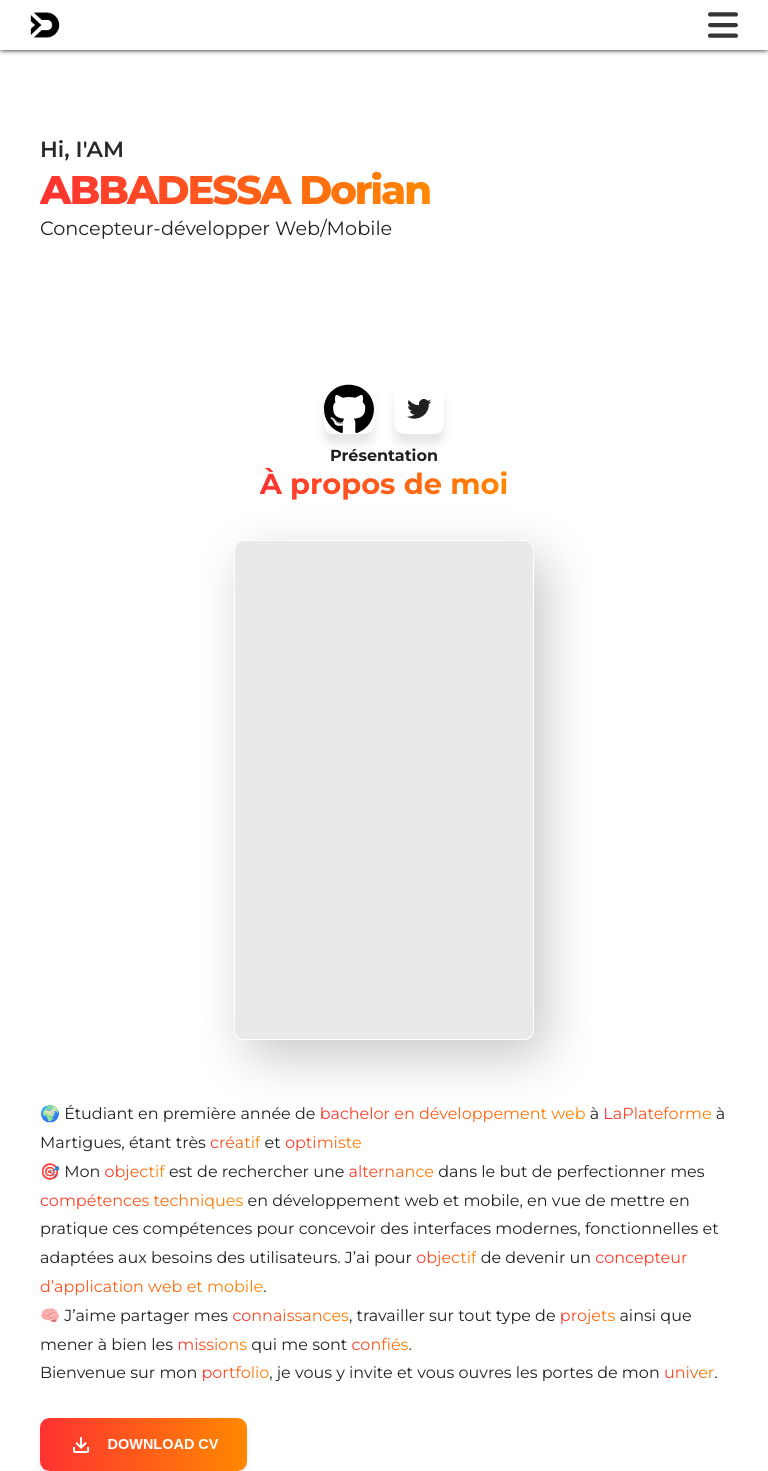
Repository: DorianABDS/Portfolio-ABBADESSA-Dorian
Page: index.html
The author's editor kept a copy of each file at every save. The page is drawn from the files as they stood at one save, then again after the next save.
The browser window is 768 px wide. The pictures show the whole page.

Above is the page before, as saved 2024-11-27 21:49:59.

### index.html
<!DOCTYPE html>
<html lang="fr">
<head>
    <meta charset="UTF-8">
    <meta name="viewport" content="width=device-width, initial-scale=1.0">
    <meta charset="UTF-8">
    <meta name="viewport" content="width=device-width, initial-scale=1.0">
    <meta name="keywords" content="Portfolio, ABBADESSA Dorian, Web developper">
    <title>ABBADESSA Dorian - Portfolio</title>
    <link rel="shortcute icon" href="/src/img/Logo Div.png">
    <link rel="stylesheet" href="style.css">
</head>
<body>
    <header class="header">
        <nav class="navbar">
            <a href="index.html" class="logo"><img src="/src/img/Logo plat Div noir.png" alt=""></a>
            <div class="nav-links">
                <ul>
                    <li><a href="index.html">Accueil</a></li>
                    <li><a href="articles.html">Articles</a></li>
                    <li><a href="apropos.html">À propos</a></li>
                    <li><a href="contact.html">Contact</a></li>
                </ul>
            </div>
            <img src="/src/img/bars-solid.svg" alt="menu hamburger" class="menu-hamburger">
        </nav>
        <!-- <div class="social">
            <a href="#" title="Facebook"><img src="/src/img/icone Github.png" alt=""></a>
            <a href="#" title="Twitter"><img src="src/img/icone Linkedin.png" alt=""></a>
        </div> -->
    </header>
    <main>
        <section class="accueil">
            <div class="container-accueil">
                <h2>Hi, I'AM</h2>
                <h1><span>ABBADESSA Dorian</span></h1>
                <p>Concepteur-développer Web/Mobile</p>
                <div class="social">
                    <ul class="wrapper">
                        <li class="icon facebook">
                          <span class="tooltip">Facebook</span>
                          <img src="/src/img/github-brands-solid.svg" alt="">
                        </li>
                        <li class="icon twitter">
                          <span class="tooltip">Twitter</span>
                          <svg
                            height="1.8em"
                            fill="currentColor"
                            viewBox="0 0 48 48"
                            xmlns="http://www.w3.org/2000/svg"
                            class="twitter"
                          >
                            <path
                              d="M42,12.429c-1.323,0.586-2.746,0.977-4.247,1.162c1.526-0.906,2.7-2.351,3.251-4.058c-1.428,0.837-3.01,1.452-4.693,1.776C34.967,9.884,33.05,9,30.926,9c-4.08,0-7.387,3.278-7.387,7.32c0,0.572,0.067,1.129,0.193,1.67c-6.138-0.308-11.582-3.226-15.224-7.654c-0.64,1.082-1,2.349-1,3.686c0,2.541,1.301,4.778,3.285,6.096c-1.211-0.037-2.351-0.374-3.349-0.914c0,0.022,0,0.055,0,0.086c0,3.551,2.547,6.508,5.923,7.181c-0.617,0.169-1.269,0.263-1.941,0.263c-0.477,0-0.942-0.054-1.392-0.135c0.94,2.902,3.667,5.023,6.898,5.086c-2.528,1.96-5.712,3.134-9.174,3.134c-0.598,0-1.183-0.034-1.761-0.104C9.268,36.786,13.152,38,17.321,38c13.585,0,21.017-11.156,21.017-20.834c0-0.317-0.01-0.633-0.025-0.945C39.763,15.197,41.013,13.905,42,12.429"
                            ></path>
                          </svg>
                        </li>
                      </ul>
                </div>
        </section>
        <section class="about-me">
            <div class="container-about-me">
                <h2>Présentation</h2>
                <h1><span>À propos de moi</span></h1>
            </div>
            <div class="card-about-me"></div>
            <div class="texte-about-me"><p>🌍 Étudiant en première année de <span>bachelor en développement web</span> à <span>LaPlateforme</span> à Martigues, étant très <span>créatif</span> et <span>optimiste</span>
              <br>
              🎯 Mon <span>objectif</span> est de rechercher une <span>alternance</span> dans le but de perfectionner mes <span>compétences techniques</span> en développement web et mobile, en vue de mettre en pratique ces compétences pour  concevoir des interfaces modernes, fonctionnelles et adaptées aux besoins des utilisateurs. J’ai pour <span>objectif</span> de devenir un <span>concepteur d’application web et mobile</span>.
              <br>
              🧠 J’aime partager mes <span>connaissances</span>, travailler sur tout type de <span>projets</span> ainsi que mener à bien les <span>missions</span> qui me sont <span>confiés</span>.
              <br>
              Bienvenue sur mon <span>portfolio</span>, je vous y invite et vous ouvres les portes de mon <span>univer</span>.
              </p></div>
        </section>
        <button class="button-cv">
            <svg
                width="24"
                height="24"
                viewBox="0 0 24 24"
                fill="none"
                xmlns="http://www.w3.org/2000/svg"
                >
                <path
                    d="M11 5C11 4.44772 11.4477 4 12 4C12.5523 4 13 4.44772 13 5V12.1578L16.2428 8.91501L17.657 10.3292L12.0001 15.9861L6.34326 10.3292L7.75748 8.91501L11 12.1575V5Z"
                    fill="currentColor"
                />
                <path
                    d="M4 14H6V18H18V14H20V18C20 19.1046 19.1046 20 18 20H6C4.89543 20 4 19.1046 4 18V14Z"
                    fill="currentColor"
                />
                </svg>
            Download CV
          </button>
    </div>
    </main>
</body>
<script>
    const menuHamburger = document.querySelector(".menu-hamburger")
    const navLinks = document.querySelector(".nav-links")

    menuHamburger.addEventListener('click',()=>{
    navLinks.classList.toggle('mobile-menu')
    })
</script>
</html>

### style.css
@font-face {
    font-family: "Montserrat";
    src: url(/src/font/Montserrat-VariableFont_wght.ttf);
}

* {
    margin: 0;
    padding: 0;
    text-decoration: none;
    list-style: none;
    box-sizing: border-box;

}

html, body {
    font-size: 19.3px;
    color: rgba(0, 0, 0, .87);
    background-color: #fff;
    font-family: "Montserrat", sans-serif;
    line-height: 1.8;
    font-weight: 400;
}

.navbar {
    background: rgb(255, 255, 255);
    box-shadow: 0 0 5px rgb(0, 0, 0);;
    top: 0;
    left: 0;
    height: 50px;
    width: auto;
    position: fixed;
    padding-left: 30px;
    padding-right: 61px;
    width: 100%;
    display: flex;
    justify-content: space-between;
    align-items: center;
    z-index: 100;
}

.navbar a {
    color: #292929;
    font-weight: 700;
    display: inline;
}

.navbar .nav-links ul li a::after {
    content: "";
    display: block;
    height: 2px;
    background: rgb(255, 255, 255);
    transform: scale(0);
    transition: transform 0.2s ease-in-out;
}

.navbar .nav-links ul li a:hover::after {
    transform: scale(1);
}

.navbar .logo {
    transform: none;
    font-weight: 700;
}

.navbar .nav-links ul {
    display: flex;
    align-items: center;
}

.navbar .nav-links ul li {
    display: flex;
    margin: 0 25px;
}

.navbar .nav-links ul li img {
    display: flex;
    padding: -20px;
    margin-left: -23px;
}

.navbar .menu-hamburger {
    display: none;
    position: absolute;
    top: 8px;
    right: 30px;
    width: 30px;
}

.accueil {
    padding-top: 80px;
    margin-top: 50px;
    width: 100%;
    height: 100vh;
}

.button-cv {
    border: none;
    display: flex;
    margin-right: 20px;
    padding: 0.75rem 1.5rem;
    background: linear-gradient(90deg, rgba(255,50,50,1) 0%, rgba(255,136,0,1) 100%);
    color: #ffffff;
    font-size: 0.75rem;
    line-height: 1rem;
    font-weight: 700;
    text-align: center;
    cursor: pointer;
    text-transform: uppercase;
    vertical-align: middle;
    align-items: center;
    border-radius: 0.5rem;
    user-select: none;
    gap: 0.75rem;
    box-shadow:
      0 4px 6px -1px #488aec31,
      0 2px 4px -1px #488aec17;
    transition: all 0.6s ease;
  }

  .button-cv:hover {
    box-shadow:
      0 10px 15px -3px #488aec4f,
      0 4px 6px -2px #488aec17;
  }

  .button-cv:focus,
  .button-cv:active {
    opacity: 0.85;
    box-shadow: none;
  }

  .button-cv svg {
    width: 1.25rem;
    height: 1.25rem;
  }

.about-me {
    display: flex;
    justify-content: center;
    text-align: center;
  }

  .wrapper {
    display: inline-flex;
    list-style: none;
    width: 100%;
    padding-top: 40px;
    font-family: "Montserrat", sans-serif;
    justify-content: center;
  }

  .wrapper .icon {
    position: relative;
    background: #fff;
    border-radius: 0.5rem;
    margin: 10px;
    width: 50px;
    height: 50px;
    font-size: 18px;
    display: flex;
    justify-content: center;
    align-items: center;
    flex-direction: column;
    box-shadow: 0 10px 10px rgba(0, 0, 0, 0.1);
    cursor: pointer;
    transition: all 0.2s cubic-bezier(0.68, -0.55, 0.265, 1.55);
  }

  .wrapper .tooltip {
    position: absolute;
    top: 0;
    font-size: 14px;
    background: #fff;
    color: #fff;
    padding: 5px 8px;
    border-radius: 5px;
    box-shadow: 0 10px 10px rgba(0, 0, 0, 0.1);
    opacity: 0;
  }

  .wrapper .facebook:hover,
  .wrapper .facebook:hover .tooltip,
  .wrapper .facebook:hover .tooltip::before {
    background: #1877f2;
    color: #fff;
  }

  .wrapper .twitter:hover,
  .wrapper .twitter:hover .tooltip,
  .wrapper .twitter:hover .tooltip::before {
    background: #1da1f2;
    color: #fff;
  }

  .wrapper .instagram:hover,
  .wrapper .instagram:hover .tooltip,
  .wrapper .instagram:hover .tooltip::before {
    background: #e4405f;
    color: #fff;
  }

@media  screen and (max-width: 814px) {
    html, body {
        padding: 0 20px;
    }

    .navbar .menu-hamburger {
        display: block;
    }

    .nav-links.mobile-menu {
        margin-left: 0;
    }

    .navbar {
        padding: 0;
    }

    .navbar .logo {
        padding-left: 20px;
    }

    .navbar .logo img {
        display: flex;
        align-items: center;
        width: 50px;
    }

    .nav-links {
        position: absolute;
        background-color: #ffffff90;
        backdrop-filter: blur(8px);
        top: 0;
        left: 0;
        width: 100%;
        height: 100vh;
        display: flex;
        justify-content: center;
        align-items: center;
        margin-left: 100%;
        transition: all 0.5s ease;
    }

    .nav-links ul {
        display: flex;
        flex-direction: column;
        align-items: center;
    }

    .navbar .nav-links ul li {
        margin: 15px 0;
        font-size: 1.2em;
    }

    .accueil {
        height: 100%;
    }

    .accueil h2 {
        font-size: 22px;
        font-weight: 600;
        color: #292929;
    }

    .accueil h1 {
        display: inline-block;
        line-height: 100%;
        font-size: 40px;
        letter-spacing: -2px;
        font-weight: 800;
        background: linear-gradient(90deg, rgba(255,50,50,1) 0%, rgba(255,136,0,1) 100%);
        -webkit-background-clip: text;
        -webkit-text-fill-color: transparent;
    }

    .accueil p {
        height: 80px;
        line-height: 150%;
        margin-bottom: 80px;
    }

    .social {
        display: flex;
        justify-content: center;
    }

    .social a {
        display: flex;
        justify-content: center;
        margin: 0 10px;
        width: 30px;
    }

    .container-accueil {
        viewBox:"0 0 320 512";
        height: 1.2em;
    }

    .container-about-me h1 {
        font-size: 12;
        background: linear-gradient(90deg, rgba(255,50,50,1) 0%, rgba(255,136,0,1) 100%);
        -webkit-background-clip: text;
        -webkit-text-fill-color: transparent;
    }

    .container-about-me h2 {
        line-height: 5px;
        font-size: 16px;
    }

    .about-me {
        height: 100%;
        display: flex;
        align-items: center;
        flex-direction: column;
        padding-top: 300px;
    }

    .card-about-me {
        box-sizing: border-box;
        width: 300px;
        height: 500px;
        background: rgba(217, 217, 217, 0.58);
        border: 1px solid white;
        box-shadow: 12px 17px 51px rgba(0, 0, 0, 0.22);
        backdrop-filter: blur(6px);
        border-radius: 0.5rem;
        text-align: center;
        cursor: pointer;
        transition: all 0.5s;
        display: flex;
        align-items: center;
        justify-content: center;
        user-select: none;
        font-weight: bolder;
        color: black;
    }

    .card-about-me img {
        height: 500px;
    }

    .about-me p {
        font-size: 16px;
        margin-top: 30px;
        text-align: start;

    }

    .about-me p span {
        margin-top: 30px;
        background: linear-gradient(90deg, rgba(255,50,50,1) 0%, rgba(255,136,0,1) 100%);
        -webkit-background-clip: text;
        -webkit-text-fill-color: transparent;
    }

    .wrapper {
        padding-top: 0;
    }

    .button-cv {
        margin-top: 30px;
    }

    .card-about-me {
        margin: 30px 0;
    }
}

### src/img/bars-solid.svg
<svg xmlns="http://www.w3.org/2000/svg" viewBox="0 0 448 512" fill="#353535"><!--!Font Awesome Free 6.7.0 by @fontawesome - https://fontawesome.com License - https://fontawesome.com/license/free Copyright 2024 Fonticons, Inc.--><path d="M0 96C0 78.3 14.3 64 32 64l384 0c17.7 0 32 14.3 32 32s-14.3 32-32 32L32 128C14.3 128 0 113.7 0 96zM0 256c0-17.7 14.3-32 32-32l384 0c17.7 0 32 14.3 32 32s-14.3 32-32 32L32 288c-17.7 0-32-14.3-32-32zM448 416c0 17.7-14.3 32-32 32L32 448c-17.7 0-32-14.3-32-32s14.3-32 32-32l384 0c17.7 0 32 14.3 32 32z"/></svg>

### src/img/github-brands-solid.svg
<svg xmlns="http://www.w3.org/2000/svg" viewBox="0 0 496 512"><!--!Font Awesome Free 6.7.1 by @fontawesome - https://fontawesome.com License - https://fontawesome.com/license/free Copyright 2024 Fonticons, Inc.--><path fill="#000000" d="M165.9 397.4c0 2-2.3 3.6-5.2 3.6-3.3 .3-5.6-1.3-5.6-3.6 0-2 2.3-3.6 5.2-3.6 3-.3 5.6 1.3 5.6 3.6zm-31.1-4.5c-.7 2 1.3 4.3 4.3 4.9 2.6 1 5.6 0 6.2-2s-1.3-4.3-4.3-5.2c-2.6-.7-5.5 .3-6.2 2.3zm44.2-1.7c-2.9 .7-4.9 2.6-4.6 4.9 .3 2 2.9 3.3 5.9 2.6 2.9-.7 4.9-2.6 4.6-4.6-.3-1.9-3-3.2-5.9-2.9zM244.8 8C106.1 8 0 113.3 0 252c0 110.9 69.8 205.8 169.5 239.2 12.8 2.3 17.3-5.6 17.3-12.1 0-6.2-.3-40.4-.3-61.4 0 0-70 15-84.7-29.8 0 0-11.4-29.1-27.8-36.6 0 0-22.9-15.7 1.6-15.4 0 0 24.9 2 38.6 25.8 21.9 38.6 58.6 27.5 72.9 20.9 2.3-16 8.8-27.1 16-33.7-55.9-6.2-112.3-14.3-112.3-110.5 0-27.5 7.6-41.3 23.6-58.9-2.6-6.5-11.1-33.3 2.6-67.9 20.9-6.5 69 27 69 27 20-5.6 41.5-8.5 62.8-8.5s42.8 2.9 62.8 8.5c0 0 48.1-33.6 69-27 13.7 34.7 5.2 61.4 2.6 67.9 16 17.7 25.8 31.5 25.8 58.9 0 96.5-58.9 104.2-114.8 110.5 9.2 7.9 17 22.9 17 46.4 0 33.7-.3 75.4-.3 83.6 0 6.5 4.6 14.4 17.3 12.1C428.2 457.8 496 362.9 496 252 496 113.3 383.5 8 244.8 8zM97.2 352.9c-1.3 1-1 3.3 .7 5.2 1.6 1.6 3.9 2.3 5.2 1 1.3-1 1-3.3-.7-5.2-1.6-1.6-3.9-2.3-5.2-1zm-10.8-8.1c-.7 1.3 .3 2.9 2.3 3.9 1.6 1 3.6 .7 4.3-.7 .7-1.3-.3-2.9-2.3-3.9-2-.6-3.6-.3-4.3 .7zm32.4 35.6c-1.6 1.3-1 4.3 1.3 6.2 2.3 2.3 5.2 2.6 6.5 1 1.3-1.3 .7-4.3-1.3-6.2-2.2-2.3-5.2-2.6-6.5-1zm-11.4-14.7c-1.6 1-1.6 3.6 0 5.9 1.6 2.3 4.3 3.3 5.6 2.3 1.6-1.3 1.6-3.9 0-6.2-1.4-2.3-4-3.3-5.6-2z"/></svg>

After the next save:
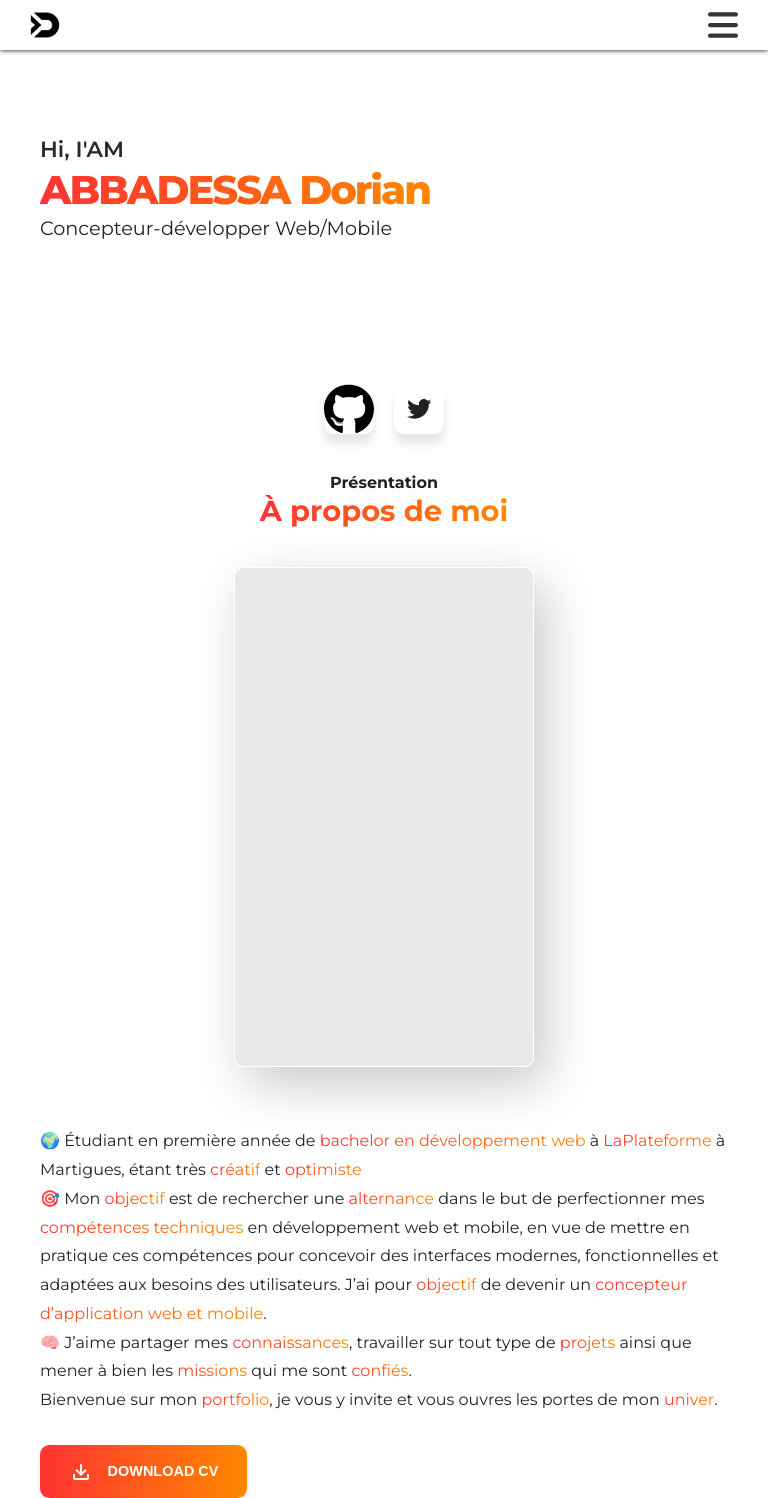
Saved 13 s later.
--- a/style.css
+++ b/style.css
@@ -293,7 +293,7 @@ html, body {
 
     .container-accueil {
         viewBox:"0 0 320 512";
-        height: 1.2em;
+        height: 50px;
     }
 
     .container-about-me h1 {
